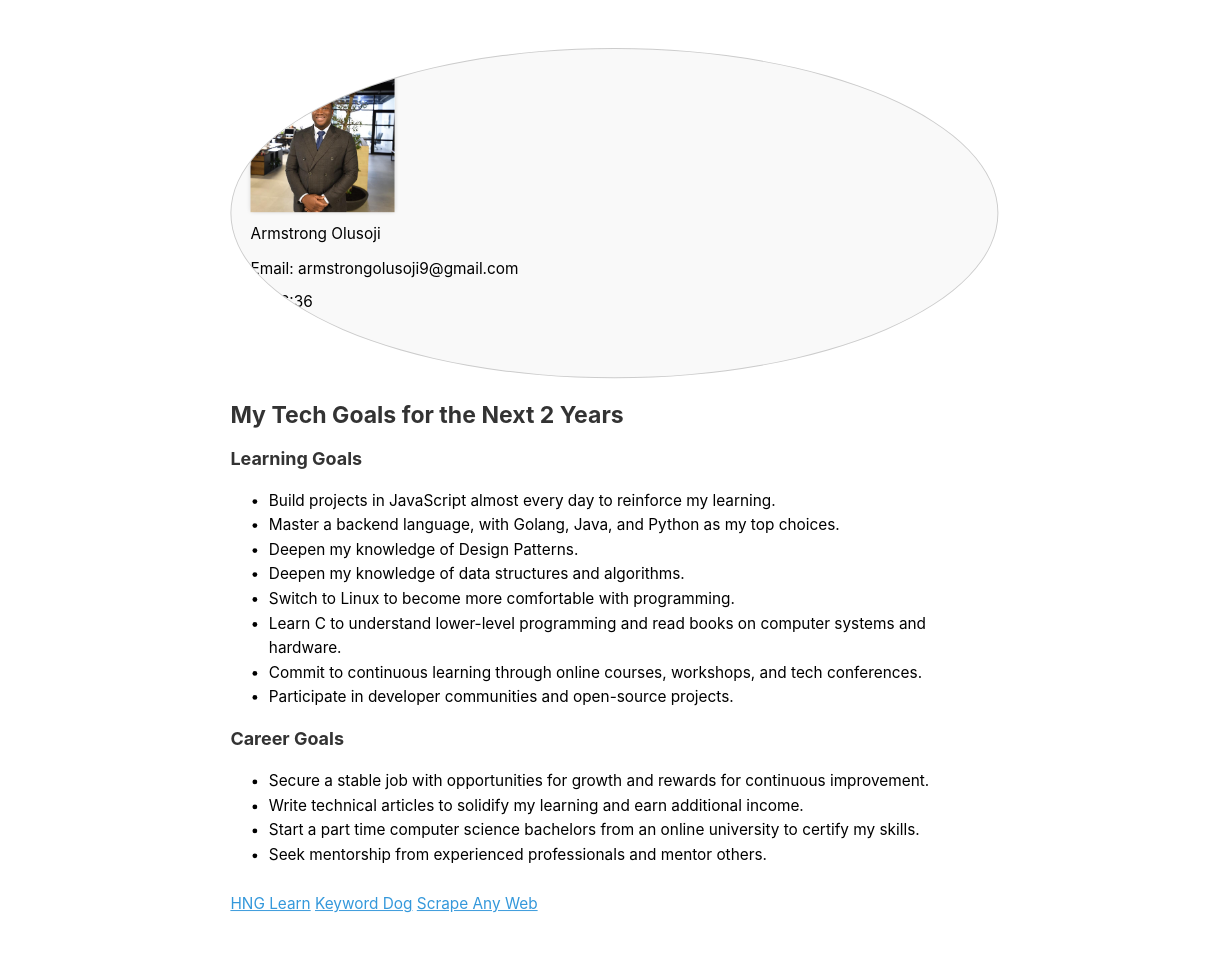
Repository: Armstrong2035/hng-project-one
Page: index.html
The author's editor kept a copy of each file at every save. The page is drawn from the files as they stood at one save, then again after the next save.
The browser window is 1280 px wide. The pictures show the whole page, at 96% of full size.

Above is the page before, as saved 2024-07-01 17:13:17.

After the next save:
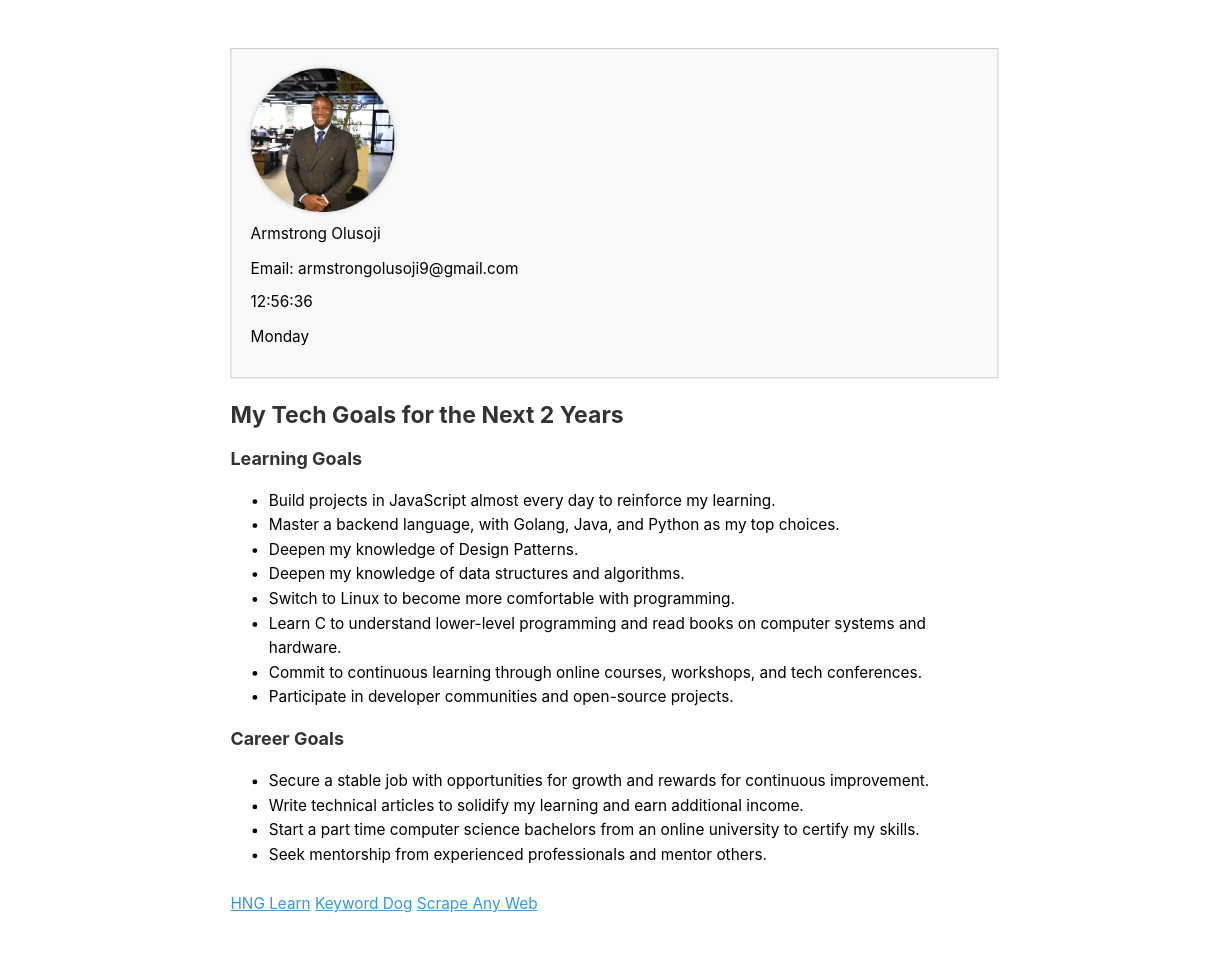
Saved 13 s later.
--- a/style.css
+++ b/style.css
@@ -21,14 +21,13 @@ body {
   border: 1px solid #ccc;
   padding: 20px 20px;
   background-color: #f9f9f9;
-  border-radius: 50%;
-  overflow: hidden;
 }
 
 .profile-picture {
   height: 150px;
   width: 150px;
-
+  border-radius: 50%;
+  overflow: hidden;
   align-self: flex-start;
   box-shadow: 0 0 5px rgba(0, 0, 0, 0.2);
 }
